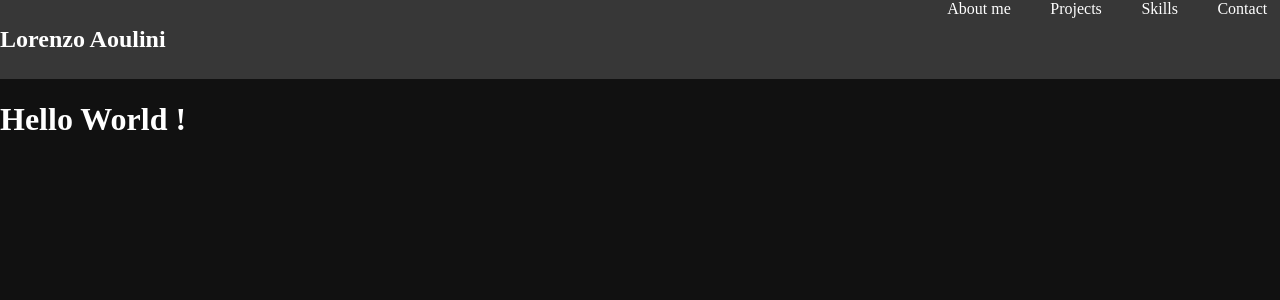
Repository: lolo298/lolo298.github.io
Page: index.html
An editor plug-in stored every save of this project. The page is shown before and after the next save, followed by the edit.
The browser window is 1280 px wide. The pictures show the whole page.

Above is the page before, as saved 2022-05-09 17:32:46.

### index.html
<!DOCTYPE html>
<html lang="en">

<head>
    <meta charset="UTF-8">
    <meta http-equiv="X-UA-Compatible" content="IE=edge">
    <meta name="viewport" content="width=device-width, initial-scale=1.0">
    <link rel="stylesheet" href="css/style.css">
    <title>Portfolio</title>
</head>

<body>
    <div class="main-container">
        <nav class="main-navbar">
            <h1>Lorenzo Aoulini</h1>
            <div class="main-navbar-list">
                <a class="main-navbar-item" href="#">About me</a>
                <a class="main-navbar-item" href="#">Projects</a>
                <a class="main-navbar-item" href="#">Skills</a>
                <a class="main-navbar-item" href="#">Contact</a>
            </div>
        </nav>
        <h1>Hello World !</h1>

    </div>

</body>

</html>

### css/style.css
html {
    background-color: #111111;
}

body {
    padding: 0;
    margin: 0;
    width: 100vw;
    height: 100vh;
}

.main-container {
    color: white;
    height: 100%;
    width: 100%;
}

.main-navbar {
    background-color: #373737;
    height: 11%;
    width: 100%;
    display: flex;
    justify-content: space-between;
    align-items: center;
}

.main-navbar>* {
    margin: 0;
}

.main-navbar-list {
    width: 25%;
    display: flex;
    flex-direction: row;
    align-items: center;
    justify-content: space-between;
    list-style: none;
    margin-right: 1%;
    height: 100%;
}

.main-navbar-item {
    vertical-align: middle;
    text-decoration: none;
    color: white;
    width: max-content;
    height: 100%;
    padding: 1% 0% 1% 0%;
}

.main-navbar-item:hover {
    background-color: #6A6A6A;
}

After the next save:
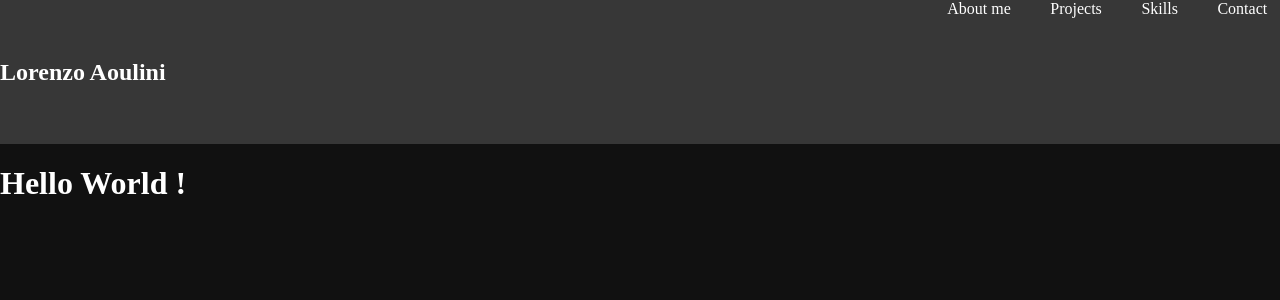
Saved 17 s later.
--- a/css/style.css
+++ b/css/style.css
@@ -17,7 +17,7 @@ body {
 
 .main-navbar {
     background-color: #373737;
-    height: 11%;
+    height: 20%;
     width: 100%;
     display: flex;
     justify-content: space-between;
